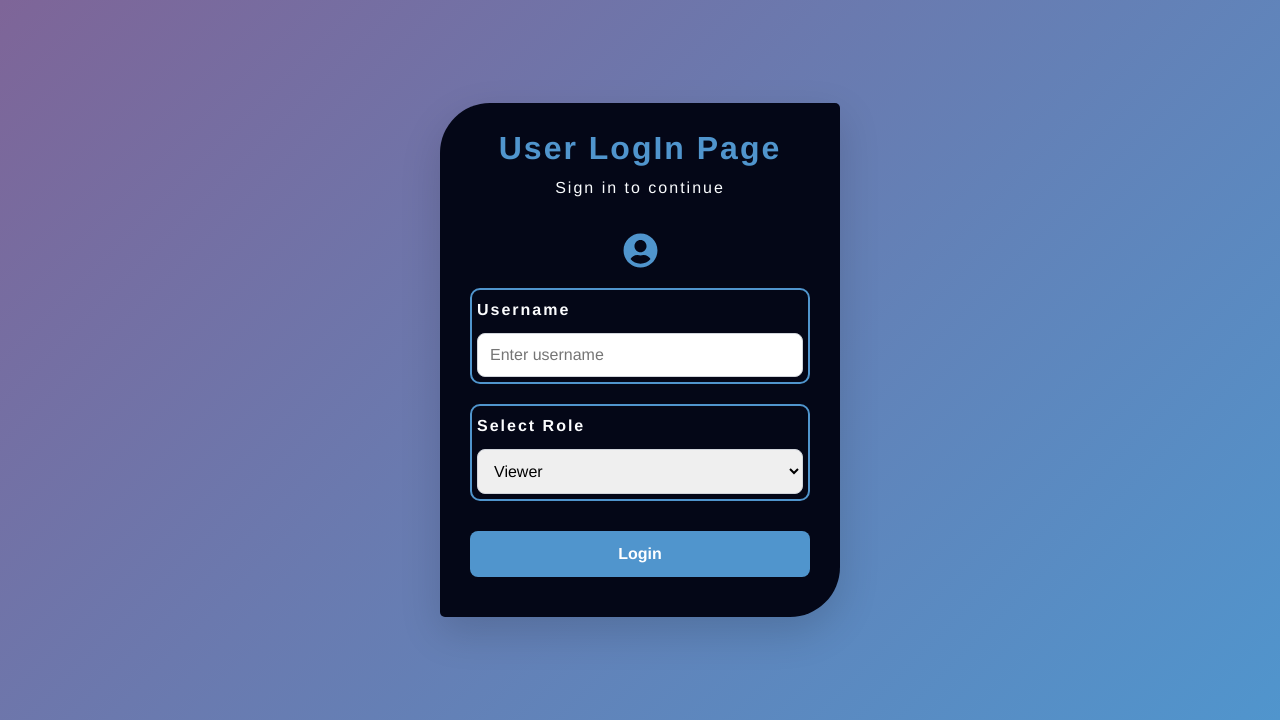
Repository: SolomonChinonso/myUserDashboard
Page: / (app in my-user-dashboard-app/)
An editor plug-in stored every save of this project. The page is shown before and after the next save, followed by the edit.
The browser window is 1280 px wide. The pictures show the whole page.
The project was rebuilt for these pictures with package versions that can differ from the ones it lists, and the page was loaded fresh each time. Also part of the build but not shown: my-user-dashboard-app/vite.config.ts, my-user-dashboard-app/src/App.css, my-user-dashboard-app/src/pages/global.css, my-user-dashboard-app/src/pages/Dashboard.tsx, my-user-dashboard-app/src/pages/Profile.tsx, my-user-dashboard-app/src/pages/Settings.tsx, my-user-dashboard-app/src/components/Navbar.tsx, my-user-dashboard-app/src/components/ProtectedRoute.tsx.

Above is the page before, as saved 2026-05-31 16:00:02.

### my-user-dashboard-app/index.html
<!doctype html>
<html lang="en">
  <head>
    <meta charset="UTF-8" />
    <link rel="icon" type="image/svg+xml" href="/favicon.svg" />
    <meta name="viewport" content="width=device-width, initial-scale=1.0" />
    <title>my-user-dashboard-app</title>
  </head>
  <body>
    <div id="root"></div>
    <script type="module" src="/src/main.tsx"></script>
  </body>
</html>

### my-user-dashboard-app/src/main.tsx
import React from "react";
import ReactDOM from "react-dom/client";
import App from "./App";
import { BrowserRouter } from "react-router-dom";
import { AuthProvider } from "./context/AuthProvider"
import "./index.css"


ReactDOM.createRoot(document.getElementById("root")!).render(
  <React.StrictMode>
    <BrowserRouter>
      <AuthProvider>
        <App />
      </AuthProvider>
    </BrowserRouter>
  </React.StrictMode>
);

### my-user-dashboard-app/src/App.tsx
import {
  Routes,
  Route,
  Navigate,
} from "react-router-dom";
import "./App.css"

import Login from "./pages/Login";
import Dashboard from "./pages/Dashboard";
import Profile from "./pages/Profile";
import Settings from "./pages/Settings";

import Navbar from "./components/Navbar";
import ProtectedRoute from "./components/ProtectedRoute";

import { useAuth } from "./hooks/useAuth";

function App() {
  const { user } = useAuth();

  return (
    <div className="app-section">
      {user && <Navbar />}

      <Routes>
        {/* Redirect homepage to login */}
        <Route
          path="/"
          element={<Navigate to="/login" replace />}
        />

        <Route
          path="/login"
          element={<Login />}
        />

        <Route
          path="/dashboard"
          element={
            <ProtectedRoute>
              <Dashboard />
            </ProtectedRoute>
          }
        />

        <Route
          path="/profile"
          element={
            <ProtectedRoute>
              <Profile />
            </ProtectedRoute>
          }
        />

        <Route
          path="/settings"
          element={
            <ProtectedRoute adminOnly>
              <Settings />
            </ProtectedRoute>
          }
        />

        {/* Catch-all route */}
        <Route
          path="*"
          element={<Navigate to="/login" replace />}
        />
      </Routes>
    </div>
  );
}

export default App;

### my-user-dashboard-app/src/context/AuthProvider.tsx
import {
  useState,
  type ReactNode,
} from "react";

import type { User } from "../types/user";

import { AuthContext } from "./AuthContext";

interface AuthProviderProps {
  children: ReactNode;
}

export const AuthProvider = ({
  children,
}: AuthProviderProps) => {
  const [user, setUser] =
    useState<User | null>(null);

  const login = (userData: User) => {
    setUser(userData);
  };

  const logout = () => {
    setUser(null);
  };

  return (
    <AuthContext.Provider
      value={{
        user,
        login,
        logout,
      }}
    >
      {children}
    </AuthContext.Provider>
  );
};

### my-user-dashboard-app/src/index.css
*{
    margin: 0;
    padding: 0;
    font-family: 'Franklin Gothic Medium', 'Arial Narrow', Arial, sans-serif;
    box-sizing: border-box;


}
body{
   height: 100vh;
   min-height: 100%;
    letter-spacing: 2px;
    background:  linear-gradient(
    135deg,
    #7e6598,
    #5095cd);
    background-repeat:no-repeat;
    color: #5095cd;
}

### my-user-dashboard-app/src/pages/Login.tsx
import { FaUserCircle } from "react-icons/fa";
import { useState } from "react";
import { useNavigate } from "react-router-dom";
import { useAuth } from "../hooks/useAuth";
import "./Login.css";

const Login = () => {
  const [username, setUsername] = useState("");
  const [role, setRole] = useState("Viewer");

  const { login } = useAuth();
  const navigate = useNavigate();

  const handleLogin = () => {
    login({
      username,
      role: role as "Admin" | "Editor" | "Viewer",
    });

    navigate("/dashboard");
  };

  return (
    <div className="login-page">
      <div className="login-card">
        <h1>User LogIn Page</h1>
        <p className="subtitle">
          Sign in to continue
        </p>
        <FaUserCircle size={35} className="profile-pix" />
        <div className="form-group">
          <label>Username</label>
          <input
            type="text"
            placeholder="Enter username"
            value={username}
            onChange={(e) =>
              setUsername(e.target.value)
            }
          />
        </div>

        <div className="form-group">
          <label>Select Role</label>
          <select
            value={role}
            onChange={(e) =>
              setRole(e.target.value)
            }
          >
            <option>Admin</option>
            <option>Editor</option>
            <option>Viewer</option>
          </select>
        </div>

        <button
          className="login-btn"
          onClick={handleLogin}
        >
          Login
        </button>
      </div>
    </div>
  );
};

export default Login;

### my-user-dashboard-app/src/hooks/useAuth.ts
import { useContext } from "react";

import { AuthContext } from "../context/AuthContext";

export const useAuth = () => {
  const context = useContext(AuthContext);

  if (!context) {
    throw new Error(
      "useAuth must be used inside AuthProvider"
    );
  }

  return context;
};

### my-user-dashboard-app/src/context/AuthContext.ts
import { createContext } from "react";

import type { User } from "../types/user";

export interface AuthContextType {
  user: User | null;
  login: (user: User) => void;
  logout: () => void;
}
export const AuthContext =
  createContext<AuthContextType | null>(null);

### my-user-dashboard-app/src/pages/Login.css
/* Full page layout */
.login-page {
  min-height: 100vh;

  display: flex;
  justify-content: center;
  align-items: center;
  margin-top: 0;
  padding: 20px;
}

/* Login card */
.login-card {
  width: 100%;
  max-width: 400px;
  height: 100%;
  background: #040717;
  padding: 30px;
  border-radius: 50px 5px;
  display: flex;
  flex-direction: column;
  justify-content: center;
  align-items: center;
  box-shadow: 0 15px 40px
    rgba(0, 0, 0, 0.15);
  line-height: 30px;
  text-align: center;
}

.profile-pix{
    margin-bottom: 20px;
    background: ;
}
/* Heading */
.login-card h1 {
  margin-bottom: 10px;
  color: #5095cd;
}

.subtitle {
  color: #fafcfe;
  margin-bottom: 30px;
}

/* Form group */
.form-group {
    border: 2px solid #5095cd;
    width: 100%;
    border-radius: 10px;
    padding: 5px;
  display: flex;
  flex-direction: column;
  text-align: left;
  margin-bottom: 20px;
}

.form-group label {
  margin-bottom: 8px;
  font-weight: 600;
  color: #fbfcfe;
}

/* Inputs */
.form-group input,
.form-group select {
  padding: 12px;
  border: 1px solid #d1d5db;
  border-radius: 8px;

  font-size: 16px;
  outline: none;

  transition: 0.3s ease;
}

.form-group input:focus,
.form-group select:focus {
  border-color: #4f46e5;
  box-shadow: 0 0 0 3px
    rgba(79, 70, 229, 0.15);
}

/* Button */
.login-btn {
  width: 100%;
  padding: 14px;

  border: none;
  border-radius: 8px;

  background: #5095cd;
  color: white;

  font-size: 16px;
  font-weight: bold;

  cursor: pointer;
  transition: 0.3s ease;
}

.login-btn:hover {
  background: #4338ca;
  transform: translateY(-2px);
}

### my-user-dashboard-app/src/components/Navbar.css
nav{
    background: rgb(48, 4, 59);
    display: flex;
    justify-content: space-between;
    align-items: center;
    /* margin: 20px; */
    /* padding: 10px; */
    /* max-width: 100vw; */
    /* width: 100%; */
    /* flex-wrap: wrap; */
    /* border-radius: 50px; */

}
nav .logo{
    font-family: system-ui, -apple-system, BlinkMacSystemFont, 'Segoe UI', Roboto, Oxygen, Ubuntu, Cantarell, 'Open Sans', 'Helvetica Neue', sans-serif;
    font-style: oblique;
    background: transparent;
    margin: 10px;
    padding: 5px 10px;
    width: 100px;
   border-radius: 50%;
    display: flex;
    flex-direction: column;
    text-align: center;
    border: 2px solid rgb(117, 180, 222);;
}
.links{
    display: flex;
    gap: 5px;

}
a{
    font-family: Arial, Helvetica, sans-serif;
    text-decoration: none;
    color: rgb(224, 224, 240);
   font-size: large;
   font-weight: 700;
}
button{
    font-size: 1rem;
    color: #f3f3f8;
    padding: 5px 10px;
    margin: 10px;
    border: 2px solid rgb(117, 180, 222);
    border-radius: 50px;
    background: transparent;
    cursor: pointer;
    transition: 0.3s ease-in-out;
}
span{
    display: flex;
    flex-direction: column;
    justify-content: center;
    align-items: center;

    color: rgb(240, 240, 244);
}
.profile{
    display: flex;
}

After the next save:
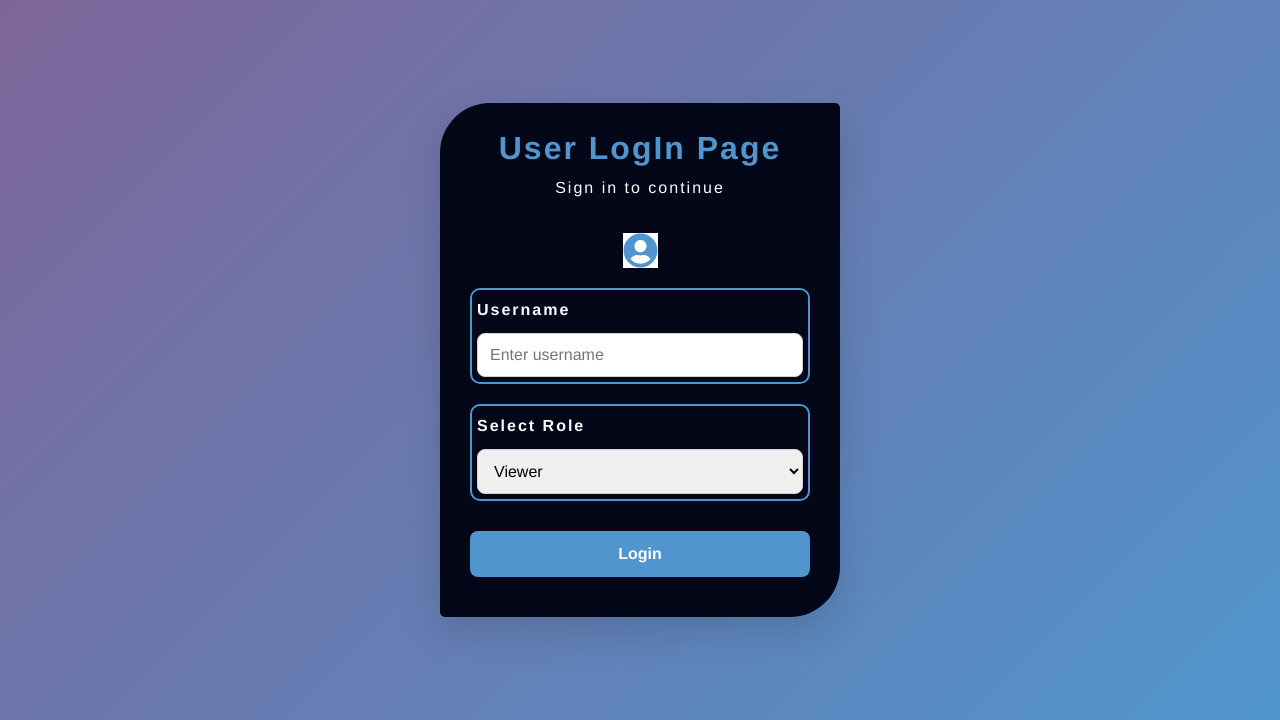
Saved 4 s later.
--- a/my-user-dashboard-app/src/pages/Login.css
+++ b/my-user-dashboard-app/src/pages/Login.css
@@ -29,7 +29,7 @@
 
 .profile-pix{
     margin-bottom: 20px;
-    background: ;
+    background: white;
 }
 /* Heading */
 .login-card h1 {
